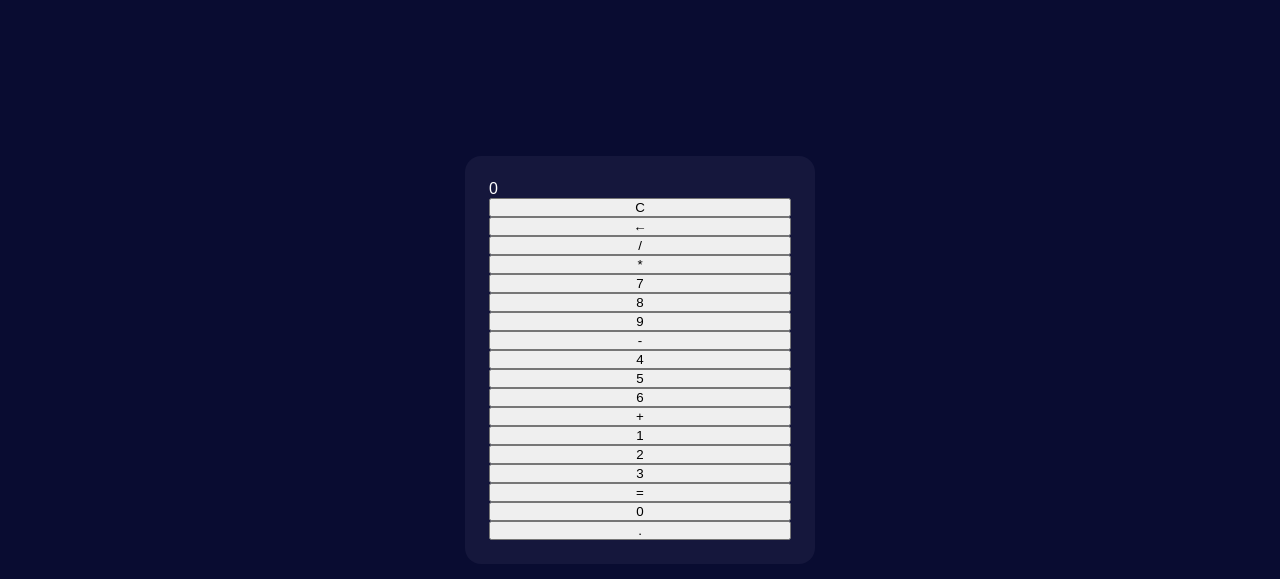
Repository: Herinyhert/Calculator
Page: index.html
The author's editor kept a copy of each file at every save. The page is drawn from the files as they stood at one save, then again after the next save.
The browser window is 1280 px wide. The pictures show the whole page.

Above is the page before, as saved 2023-05-21 20:42:35.

### index.html
<html lang="en">
<head>
    <meta charset="UTF-8">
    <meta http-equiv="X-UA-Compatible" content="IE=edge">
    <meta name="viewport" content="width=device-width, initial-scale=1.0">
    <title>Calculator</title>
    <link rel="stylesheet" href="./css/main.css">
</head>
<body>
    <div class="calculator">
        <div class="window">0</div>
        <button id="c" class="btn">C</button>
        <button id="delete"class="btn">←</button>
        <button class="btn">/</button>
        <button class="btn">*</button>
        <button class="btn">7</button>
        <button class="btn">8</button>
        <button class="btn">9</button>
        <button class="btn">-</button>
        <button class="btn">4</button>
        <button class="btn">5</button>
        <button class="btn">6</button>
        <button class="btn">+</button>
        <button class="btn">1</button>
        <button class="btn">2</button>
        <button class="btn">3</button>
        <button id="equal" class="btn">=</button>
        <button id="cero" class="btn">0</button>
        <button class="btn">.</button>
    </div>

    <script src="./JS/main.js"></script>
</body>
</html>

### css/main.css
*{
    margin: 0;
    padding: 0;
    box-sizing: border-box;
    font-family: sans-serif;
}

body{
    min-height: 100vh;
    background-color: #090c31;
    display: flex;
    justify-content: center;
    align-items: center;
}

.calculator{
    background-color: #15173c;
    color: white;
    width: 350px;
    max-width: 100%;
    padding: 1.5rem;
    border-radius: 1rem;
    display: grid;
    grid-template-columns: repeat(4 1fr);
}

Loaded but not shown: JS/main.js (no stored copy; drawn as an empty file)

After the next save:
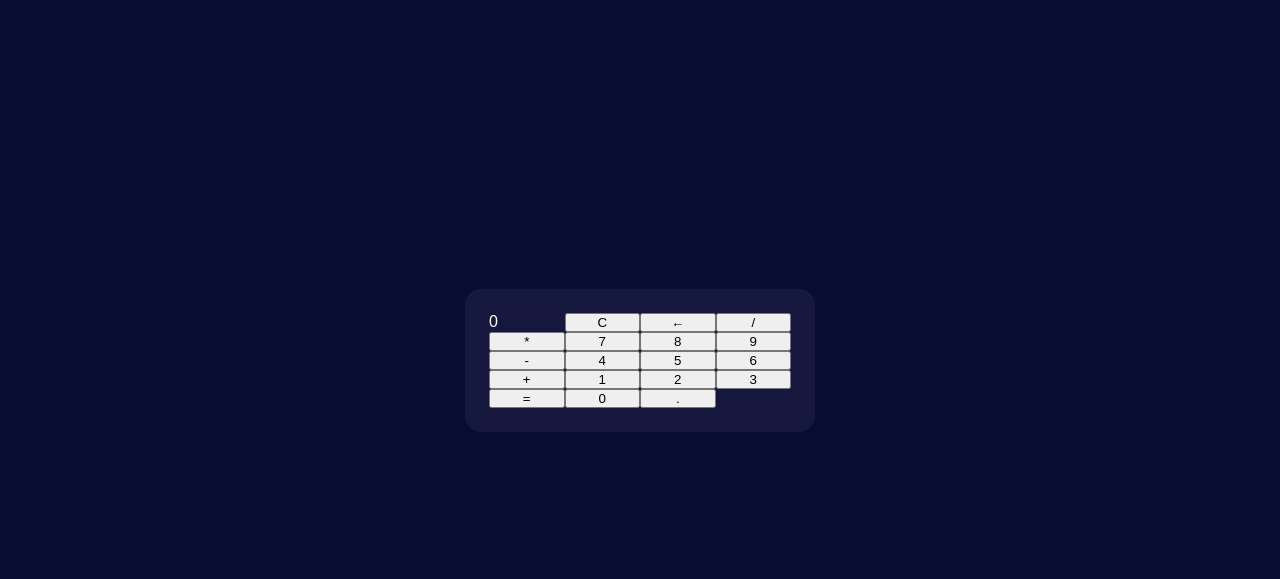
Saved 7 s later.
--- a/css/main.css
+++ b/css/main.css
@@ -21,5 +21,5 @@ body{
     padding: 1.5rem;
     border-radius: 1rem;
     display: grid;
-    grid-template-columns: repeat(4 1fr);
+    grid-template-columns: repeat(4, 1fr);
 }
